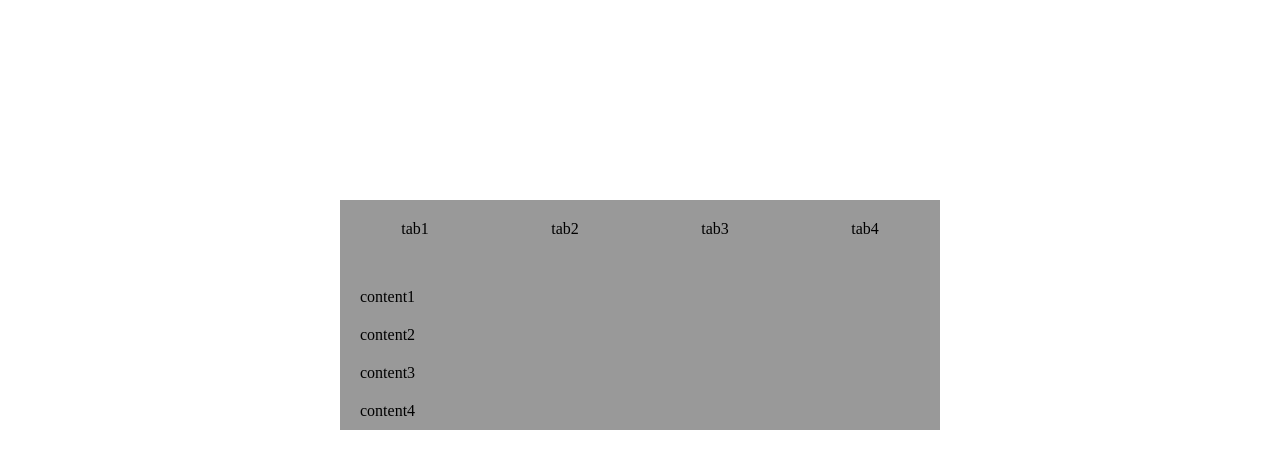
Repository: PCTai/javascript-coban
Page: tab UI/index.html
An editor plug-in stored every save of this project. The page is shown before and after the next save, followed by the edit.
The browser window is 1280 px wide. The pictures show the whole page.

Above is the page before, as saved 2022-02-09 16:49:59.

### tab UI/index.html
<!DOCTYPE html>
<html lang="en">
<head>
    <meta charset="UTF-8">
    <meta http-equiv="X-UA-Compatible" content="IE=edge">
    <meta name="viewport" content="width=device-width, initial-scale=1.0">
    <title>Document</title>
    <link rel="stylesheet" href="./style.css">
</head>
<body>
    <div class="container">
        <div class="tab">
            <div class="tab-item">tab1</div>
            <div class="tab-item">tab2</div>
            <div class="tab-item">tab3</div>
            <div class="tab-item">tab4</div>
            <div class="tab-line"></div>
        </div>
        <div class="box">
            <div class="box-item">content1</div>
            <div class="box-item">content2</div>
            <div class="box-item">content3</div>
            <div class="box-item">content4</div>
        </div>

    </div>


    <script src="./app.js"></script>
</body>
</html>

### tab UI/style.css
*{
    margin: 0;
    border: 0;
    padding: 0;
}
.container{
    width: 600px;
    margin: auto;
    background-color: #999;
    margin-top: 200px;
}
.tab{
    display: flex;
}
.tab-item{
    flex: 1;
    text-align: center;
    padding: 20px 0;

}
.box{
    margin-top: 20px;
}
.box-item{
    padding: 10px 20px;
}

Loaded but not shown: tab UI/app.js (no stored copy; drawn as an empty file)

After the next save:
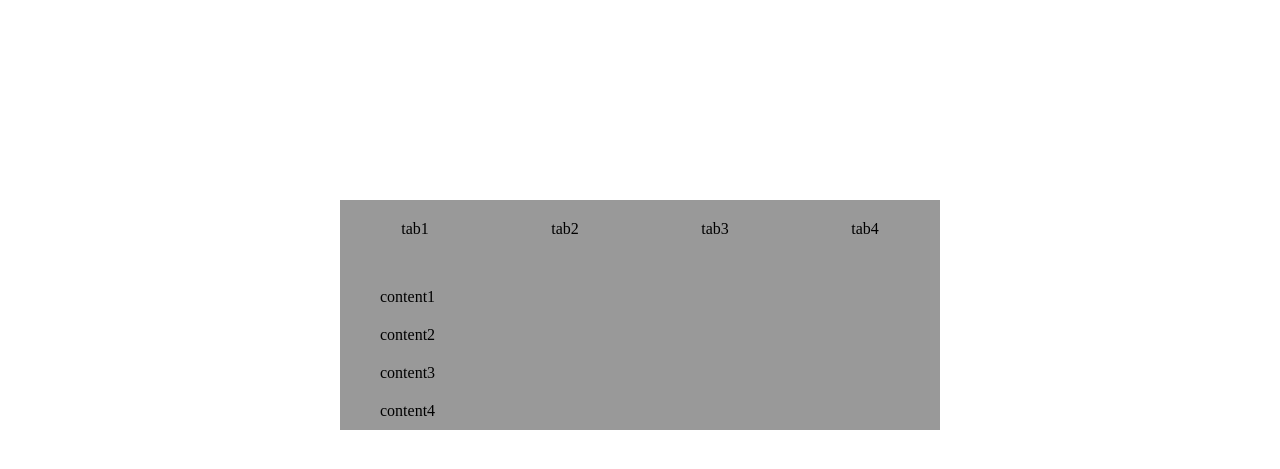
Saved 12 s later.
--- a/tab UI/style.css
+++ b/tab UI/style.css
@@ -22,5 +22,5 @@
     margin-top: 20px;
 }
 .box-item{
-    padding: 10px 20px;
+    padding: 10px 40px;
 }
